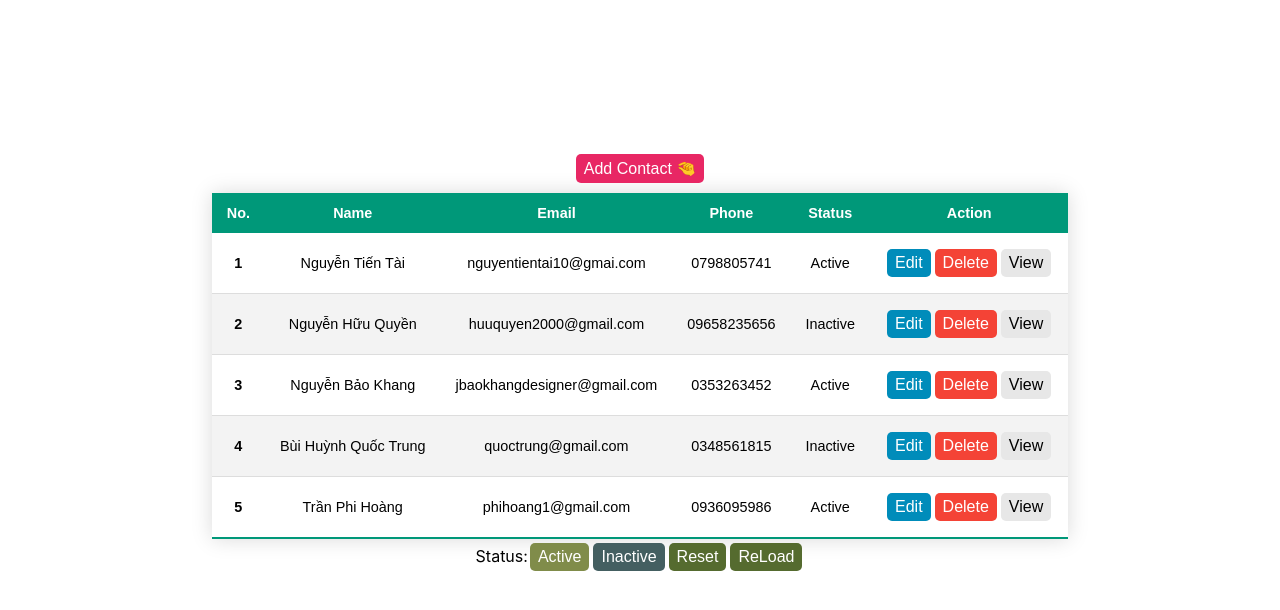
Repository: fdhhhdjd/Redux-Toolkit-CURD-Firebase
Page: /
An editor plug-in stored every save of this project. The page is shown before and after a run of saves, followed by the edit.
The browser window is 1280 px wide. The pictures show the whole page.
The project was rebuilt for these pictures with package versions that can differ from the ones it lists, and the page was loaded fresh each time. Also part of the build but not shown: src/Styles/AddEdit.css, src/Component/AddEdit.js, src/Styles/View.css, src/Component/View.js.

Above is the page before, as saved 2021-10-25 09:03:10.

### src/index.js
import React from "react";
import ReactDOM from "react-dom";
import "./index.css";
import App from "./App";
import store from "./Redux/Store";
import { Provider } from "react-redux";
import * as serviceWorker from "./serviceWorker";

ReactDOM.render(
  <React.StrictMode>
    <Provider store={store}>
      <App />
    </Provider>
  </React.StrictMode>,
  document.getElementById("root")
);

// If you want your app to work offline and load faster, you can change
// unregister() to register() below. Note this comes with some pitfalls.
// Learn more about service workers: https://bit.ly/CRA-PWA
serviceWorker.unregister();

### src/App.js
import React from "react";
import "./App.css";
import { BrowserRouter, Switch, Route } from "react-router-dom";
import { ToastContainer } from "react-toastify";
import "react-toastify/dist/ReactToastify.css";
import { Home, View, AddEdit } from "./import/Index";
function App() {
  return (
    <>
      <BrowserRouter>
        <div className="App">
          <ToastContainer position="top-center" />
          <Switch>
            <Route exact path="/" component={Home} />
            <Route path="/add" component={AddEdit} />
            <Route path="/update/:id" component={AddEdit} />
            <Route path="/view/:id" component={View} />
          </Switch>
        </div>
      </BrowserRouter>
    </>
  );
}

export default App;

### src/Redux/Store.js
import { configureStore, createStore } from "@reduxjs/toolkit";
import logger from "redux-logger";
import thunk from "redux-thunk";
import { composeWithDevTools } from "redux-devtools-extension";
import ContactReducer from "./ContactSlice";
const middleware = [thunk];
if (process.env.NODE_ENV === "development") {
  middleware.push(logger);
}
const store = configureStore({
  reducer: {
    todos: ContactReducer,
    middleware: [logger],
  },
});

export default store;

### src/import/Index.js
export { default as Home } from "../Component/Home";
export { default as AddEdit } from "../Component/AddEdit";
export { default as View } from "../Component/View";

### src/Redux/ContactSlice.js
import { createSlice, createAsyncThunk } from "@reduxjs/toolkit";
import { v4 as uuidv4 } from "uuid";
import { nanoid } from "nanoid";
const initialState = {
  contacts: [
    {
      id: 1,
      name: "Nguyễn Tiến Tài",
      email: "nguyentientai10@gmai.com",
      phone: "0798805741",
      status: "Active",
    },
    {
      id: 2,
      name: "Nguyễn Hữu Quyền",
      email: "huuquyen2000@gmail.com",
      phone: "09658235656",
      status: "Inactive",
    },
    {
      id: 3,
      name: "Nguyễn Bảo Khang",
      email: "jbaokhangdesigner@gmail.com",
      phone: "0353263452",
      status: "Active",
    },
    {
      id: 4,
      name: "Bùi Huỳnh Quốc Trung	",
      email: "quoctrung@gmail.com",
      phone: "0348561815",
      status: "Inactive",
    },
    {
      id: 5,
      name: "Trần Phi Hoàng",
      email: "phihoang1@gmail.com",
      phone: "0936095986",
      status: "Active",
    },
  ],
  contact: {
    name: "",
    email: "",
    phone: "",
    status: "",
  },
  filter: "All",
};
const TodoSlice = createSlice({
  name: "todos",
  initialState,
  reducers: {
    getContact: (state, action) => {
      state.contact = state.contacts.find((item) => item.id == action.payload);
    },
    addContact: (state, action) => {
      const newData = { ...action.payload, id: uuidv4() };
      state.contacts = [...state.contacts, newData];
    },
    deleteContact: (state, action) => {
      state.contacts = state.contacts.filter(
        (item) => item.id !== action.payload
      );
    },
    updateContact: (state, action) => {
      state.contacts = state.contacts.map((item) =>
        item.id === action.payload.id ? action.payload : item
      );
    },
    setFilter: (state, action) => {
      state.filter = action.payload;
    },
  },
});
const ContactReducer = TodoSlice.reducer;
export const {
  addContact,
  deleteContact,
  getContact,
  updateContact,
  setFilter,
} = TodoSlice.actions;
export const GetTodo = (state) => state.todos;
export default ContactReducer;

### src/Component/Home.js
import React from "react";
import { useDispatch, useSelector } from "react-redux";
import { deleteContact, GetTodo, setFilter } from "../Redux/ContactSlice";
import { Link } from "react-router-dom";
import { toast } from "react-toastify";
import "../Styles/Home.css";
const Home = () => {
  const { contacts, filter } = useSelector(GetTodo);
  const dispatch = useDispatch();
  const deleteFilterContact = (id) => {
    if (window.confirm("Are you sure you want to delete  ?")) {
      dispatch(deleteContact(id), toast.success("Delete user Success 😉"));
    }
  };
  return (
    <>
      <div style={{ marginTop: "150px" }}>
        <Link to="/add">
          <button className="btn btn-contact">Add Contact 🤏</button>
        </Link>

        <table className="styled-table">
          <thead>
            <tr>
              <th style={{ textAlign: "center" }}>No.</th>
              <th style={{ textAlign: "center" }}>Name</th>
              <th style={{ textAlign: "center" }}>Email</th>
              <th style={{ textAlign: "center" }}>Phone</th>
              <th style={{ textAlign: "center" }}>Status</th>
              <th style={{ textAlign: "center" }}>Action</th>
            </tr>
          </thead>
          <tbody>
            {contacts
              .filter((item) => {
                if (filter === "All") {
                  return item;
                } else {
                  return item.status === filter;
                }
              })
              .map((item, index) => {
                return (
                  <tr key={item.id}>
                    <th scope="row">{index + 1}</th>
                    <td>{item.name}</td>
                    <td>{item.email}</td>
                    <td>{item.phone}</td>
                    <td>{item.status}</td>
                    <td>
                      <Link to={`/update/${item.id}`}>
                        <button className="btn btn-edit">Edit</button>
                      </Link>
                      <button
                        className="btn btn-delete"
                        onClick={() => deleteFilterContact(item.id)}
                      >
                        Delete
                      </button>
                      <Link to={`/view/${item.id}`}>
                        <button className="btn btn-view">View</button>
                      </Link>
                    </td>
                  </tr>
                );
              })}
          </tbody>
        </table>
        <label htmlFor="">Status:</label>
        <button
          className="btn btn-active"
          onClick={() => dispatch(setFilter("Active"))}
        >
          Active
        </button>
        <button
          className="btn btn-inactive"
          onClick={() => dispatch(setFilter("Inactive"))}
        >
          Inactive
        </button>
        <button
          className="btn btn-reset"
          onClick={() => dispatch(setFilter("All"))}
        >
          Reset
        </button>
        <button className="btn btn-reset">ReLoad</button>
      </div>
    </>
  );
};

export default Home;

### src/Styles/Home.css
.styled-table {
    border-collapse: collapse;
    margin: auto;
    font-size: 0.9em;
    font-family: sans-serif;
    max-width: 1000px;
    box-shadow: 0 0 20px rgba(0, 0, 0, 0.15);
  }

  .styled-table thead tr {
    background-color: #009879;
    color: #ffffff;
    text-align: left;
  }

  .styled-table th,
  .styled-table td {
    padding: 12px 15px;
  }

  .styled-table tbody tr {
    border-bottom: 1px solid #dddddd;
  }

  .styled-table tbody tr:nth-of-type(even) {
    background-color: #f3f3f3;
  }

  .styled-table tbody tr:last-of-type {
    border-bottom: 2px solid #009879;
  }

  .btn {
    border: none;
    color: white;
    padding: 5px 8px;
    text-align: center;
    text-decoration: none;
    display: inline-block;
    border-radius: 5px;
    font-size: 16px;
    margin: 4px 2px;
    cursor: pointer;
  }

  .btn-edit {
    background-color: #008cba;
  }

  .btn-delete {
    background-color: #f44336;
  }

  .btn-view {
    background-color: #e7e7e7;
    color: black;
  }

  .btn-contact {
    background-color: #e82764;
    margin-bottom: 10px;
  }


  .btn-active {
    background-color: #808c4a;
    color: #fff;
  }

  .btn-inactive {
    background-color: #445f61;
    color: #fff;
  }

  .btn-reset {
    background-color: darkolivegreen;
    color: #fff;
  }
  .btn-reload{
    background-color: chartreuse;
    color: #fff;
  }

Loaded but not shown: public/index.html (common file); src/index.css (common file); src/serviceWorker.js (common file); src/App.css (common file)

After the next 2 saves:
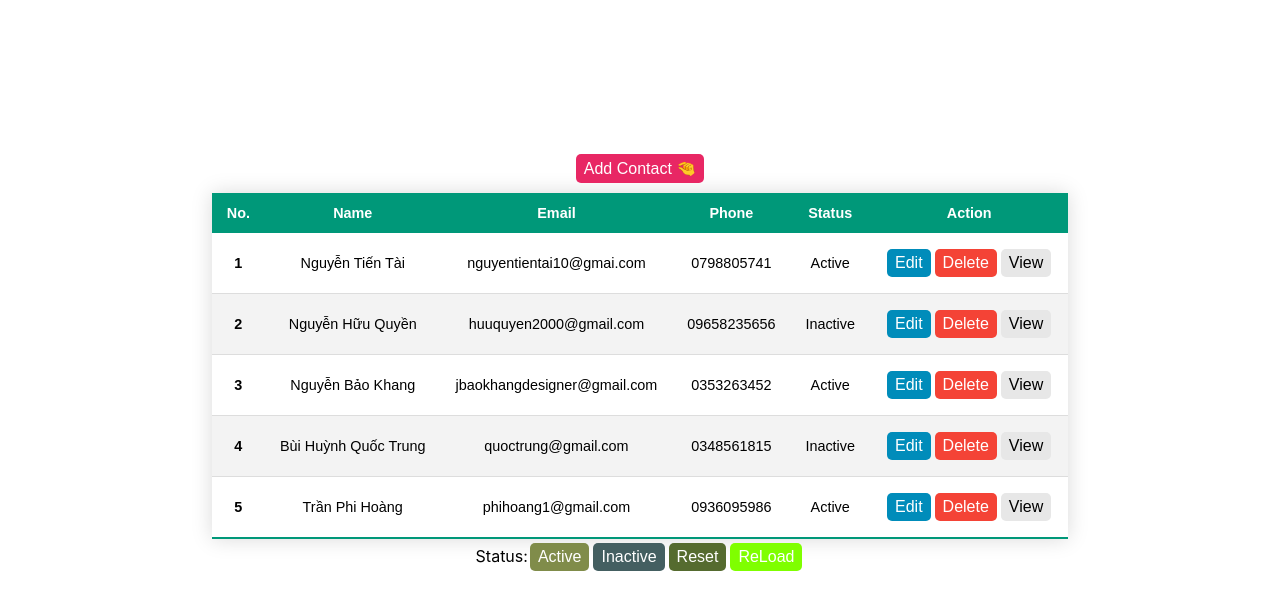
The 2 saves are shown as one change because they came seconds apart.
The last was saved 18 s later.
--- a/src/Component/Home.js
+++ b/src/Component/Home.js
@@ -85,7 +85,7 @@ const Home = () => {
         >
           Reset
         </button>
-        <button className="btn btn-reset">ReLoad</button>
+        <button className="btn btn-reload">ReLoad</button>
       </div>
     </>
   );
